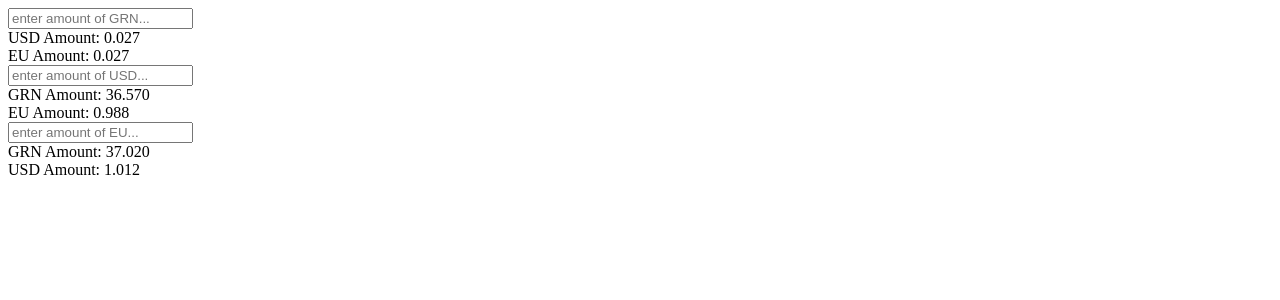
Repository: rutsguifd/mkr-test
Page: /
These files come from the project's save history. The page is drawn as it stood at one moment and after the next save; the edit follows.
The browser window is 1280 px wide. The pictures show the whole page.
The project was rebuilt for these pictures with package versions that can differ from the ones it lists, and the page was loaded fresh each time.

Above is the page before, as saved 2022-11-10 22:12:10.

After the next save:
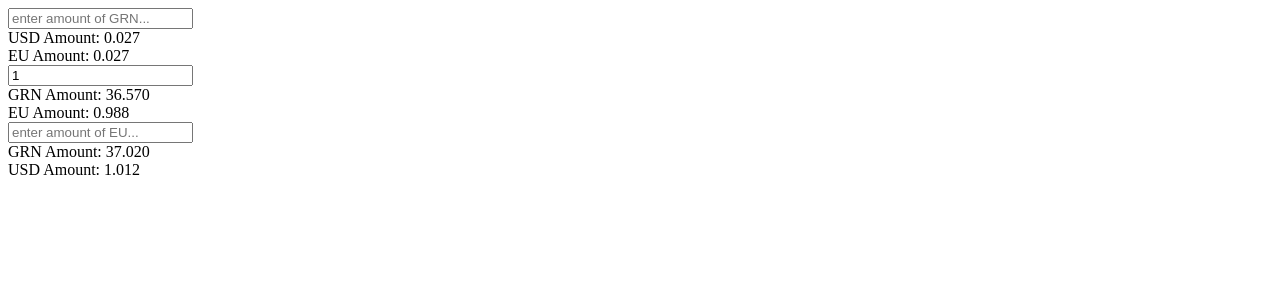
Saved 46 s later.
--- a/src/components/CurrencyExchanger.jsx
+++ b/src/components/CurrencyExchanger.jsx
@@ -20,6 +20,7 @@ const CurrencyExchanger = () => {
       <div>
         <input
           id="USD"
+          value={grivnyaAmount}
           onChange={(e) => setUSDAmount(e.target.value)}
           placeholder="enter amount of USD..."
         />
